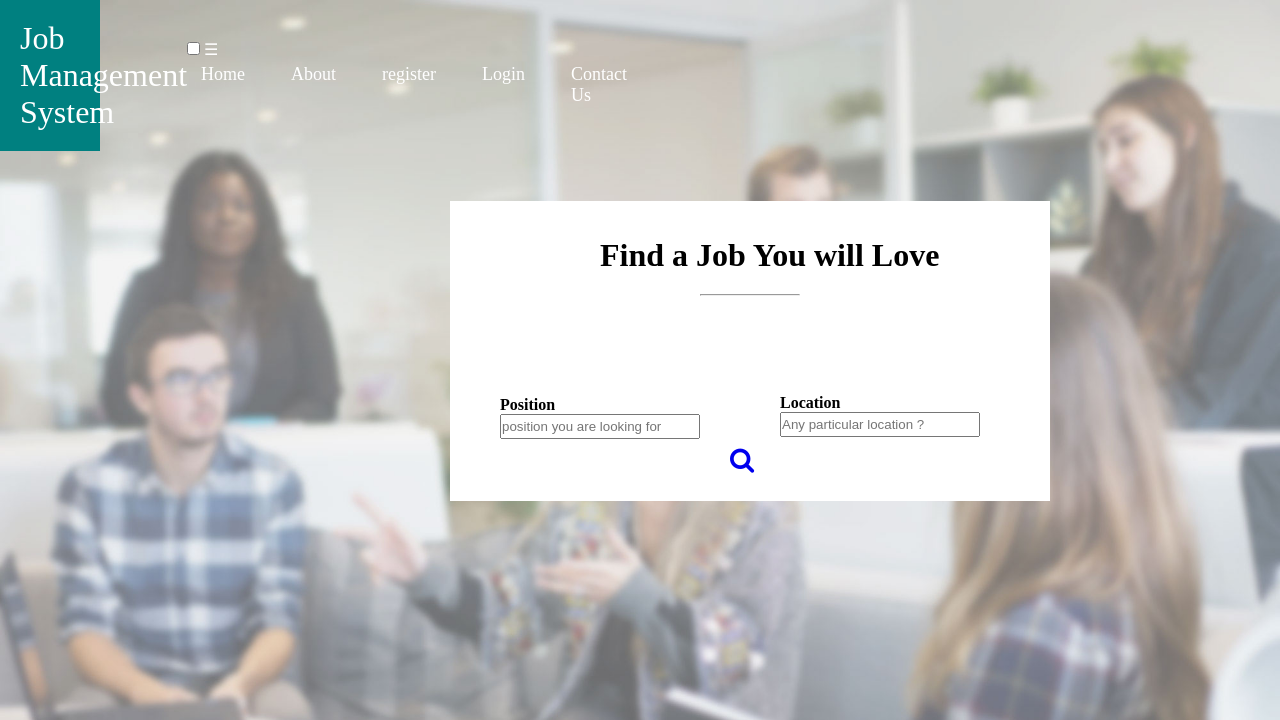
Repository: PrinceKumawat1109/JFSD
Page: http://localhost/Job-management/home.jsp
These files come from the project's save history. The page is drawn as it stood at one moment and after the next save; the edit follows.
The browser window is 1280 px wide. The pictures show the whole page.
The page is served by Tomcat 9.

Above is the page before, as saved 2022-10-29 18:19:06.

After the next save:
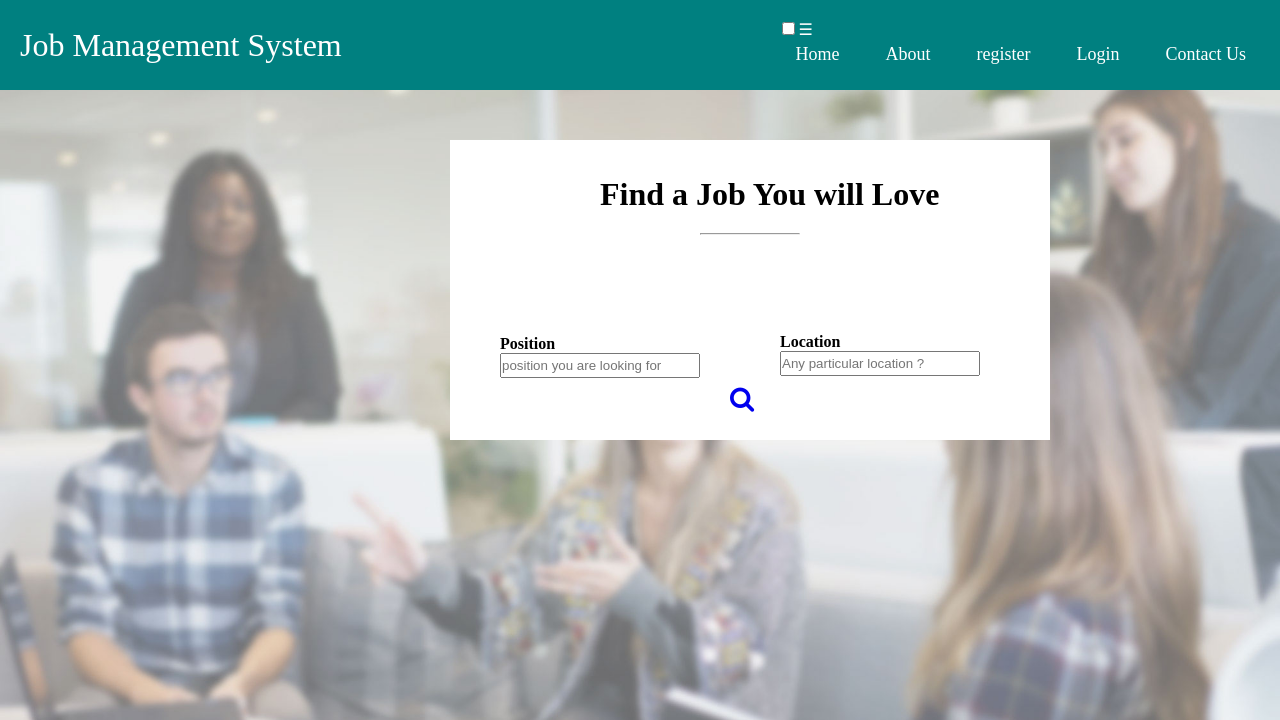
Saved 9 min 1 s later.
--- a/Job-management/src/main/webapp/home.jsp
+++ b/Job-management/src/main/webapp/home.jsp
@@ -11,8 +11,7 @@
 <style>
 body{
     background-image: url('meeting.jpg');
-    height: 100px;
-    width: 100px;
+
     background-size: cover;
 
 }
